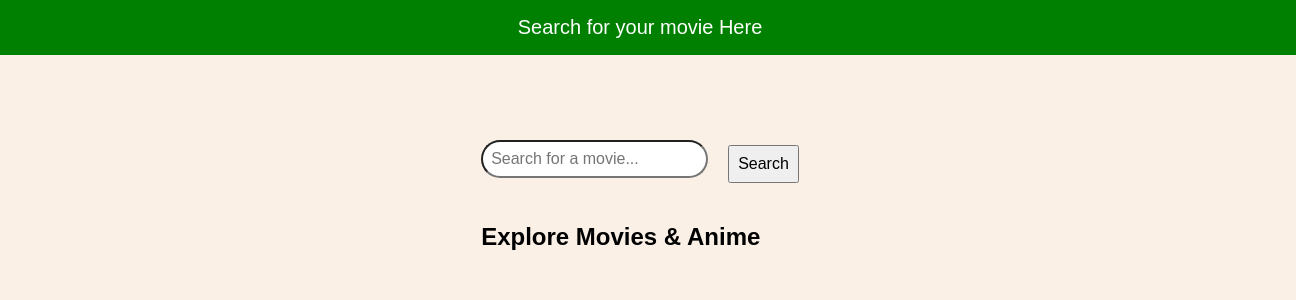
Repository: Femi007-gh/movie-API
Page: index.html
The author's editor kept a copy of each file at every save. The page is drawn from the files as they stood at one save, then again after the next save.
The browser window is 1280 px wide. The page is 1296 px wide, so the pictures cover 1296 px, including what lies to the right of the window. The pictures show the whole page.
The page's requests for data from a server got no answer.

Above is the page before, as saved 2025-05-09 08:57:57.

After the next save:
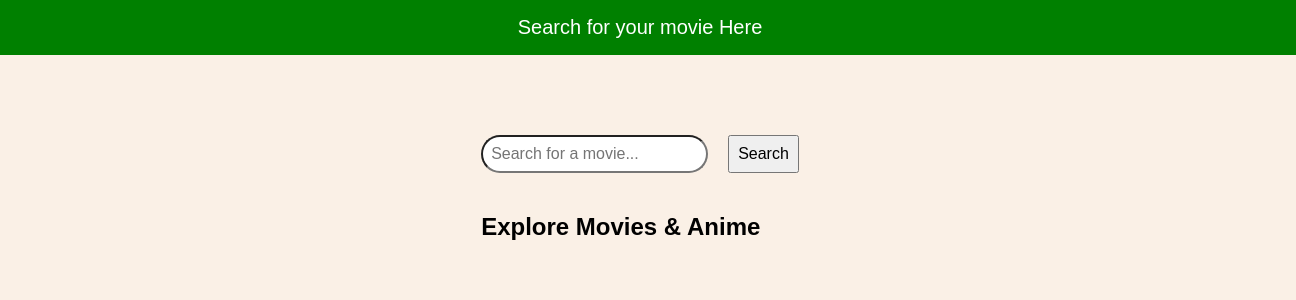
Saved 15 s later.
--- a/style.css
+++ b/style.css
@@ -63,5 +63,5 @@ button {
 }
 
 .search {
-  margin-top: 50px;
+  margin-top: 40px;
 }
